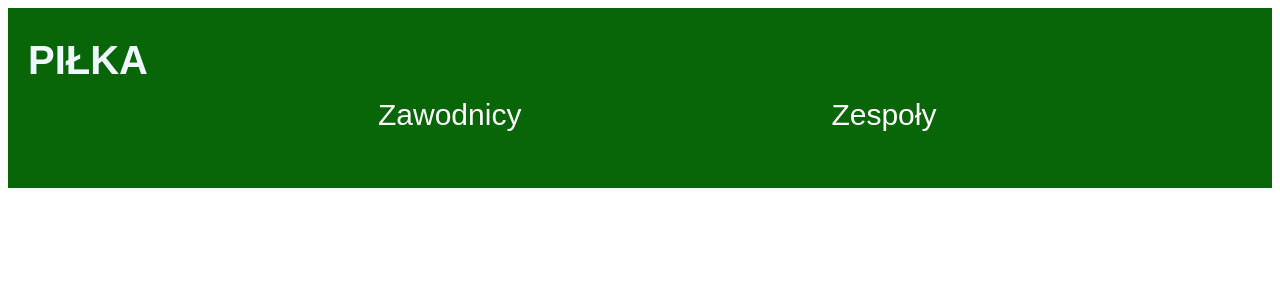
Repository: ZABA78/PAZW
Page: index.html
These files come from the project's save history. The page is drawn as it stood at one moment and after the next save; the edit follows.
The browser window is 1280 px wide. The pictures show the whole page.
Some web fonts or font styles are not loaded; a fallback is used.

Above is the page before, as saved 2023-10-17 14:22:56.

After the next save:
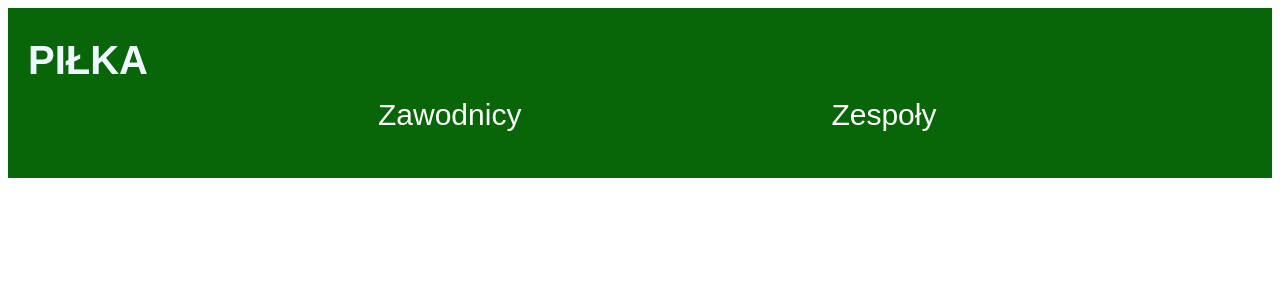
Saved 4 s later.
--- a/style.css
+++ b/style.css
@@ -16,7 +16,7 @@ h1
 header
 {
     background-color: rgb(8, 102, 8);
-    height: 180px;
+    height: 170px;
     color: aliceblue;
     display: flex;
     flex-direction: row;
